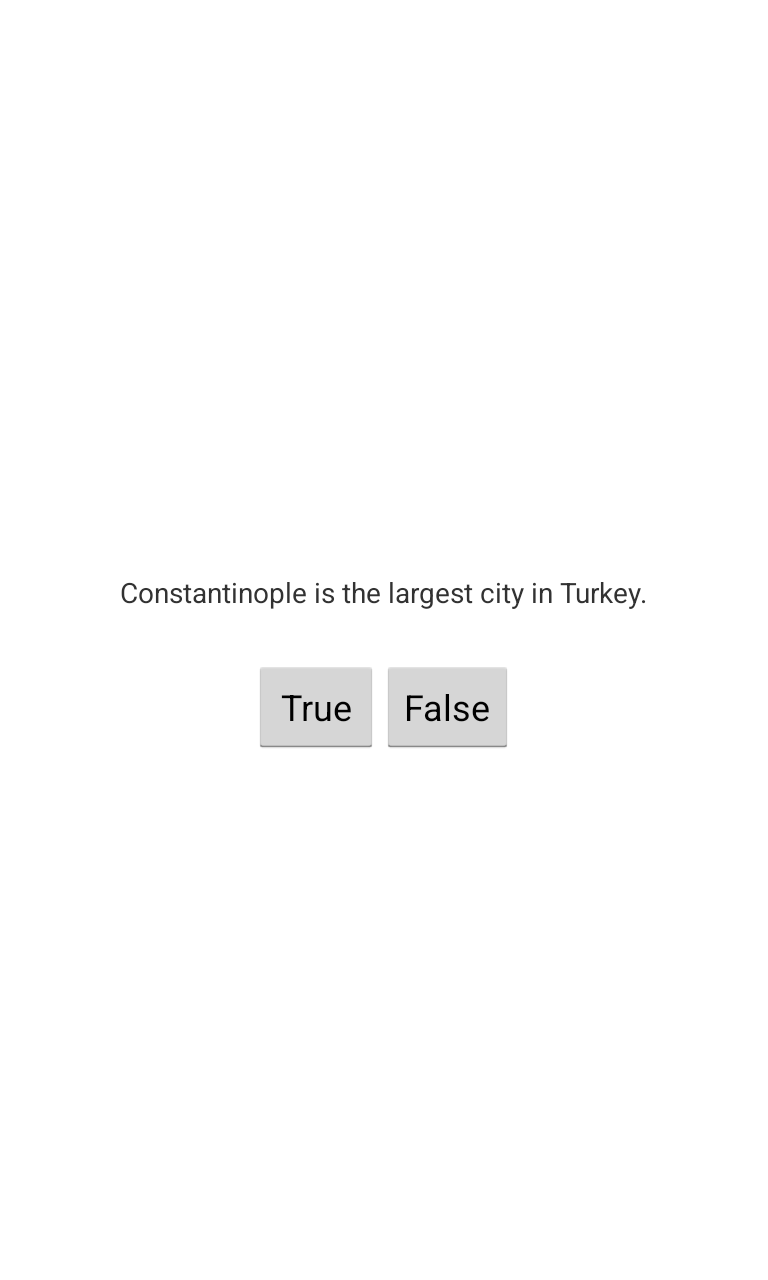
Repository: luanma/AndroidCode
Layout: GeoQuiz/res/layout/activity_quiz.xml
The author's editor kept a copy of each file at every save. The layout is drawn from the files as they stood at one save, then again after the next save.
It is drawn on a 768 x 1280 px phone screen (xhdpi) without system bars, with theme AppTheme; the app's code is not run.

Above is the layout before, as saved 2015-01-19 15:48:37.

After the next save:
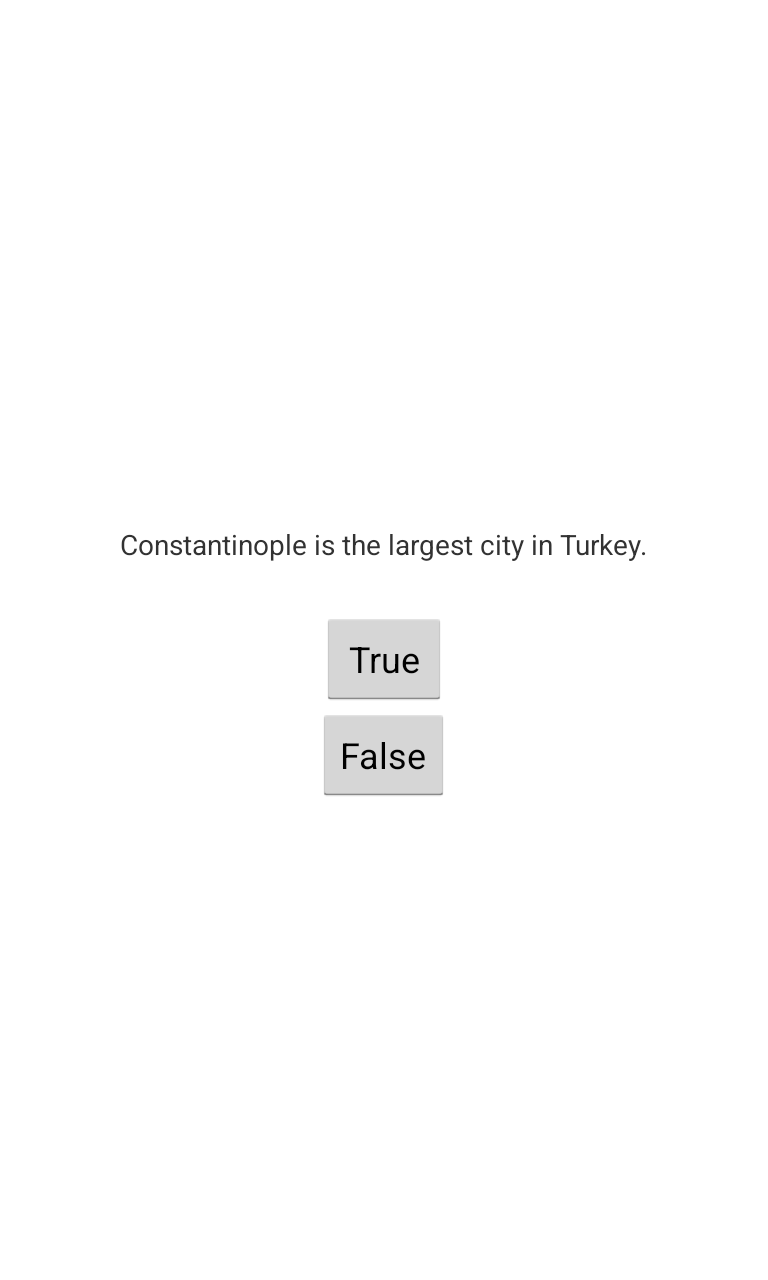
Saved 4 min 11 s later.
--- a/GeoQuiz/res/layout/activity_quiz.xml
+++ b/GeoQuiz/res/layout/activity_quiz.xml
@@ -20,11 +20,11 @@
             android:layout_height="wrap_content"
             android:text="@string/true_button" />
 
+    </LinearLayout>
+
         <Button
             android:id="@+id/false_button"
             android:layout_width="wrap_content"
             android:layout_height="wrap_content"
             android:text="@string/false_button" />
-    </LinearLayout>
-
 </LinearLayout>

After the save that followed:
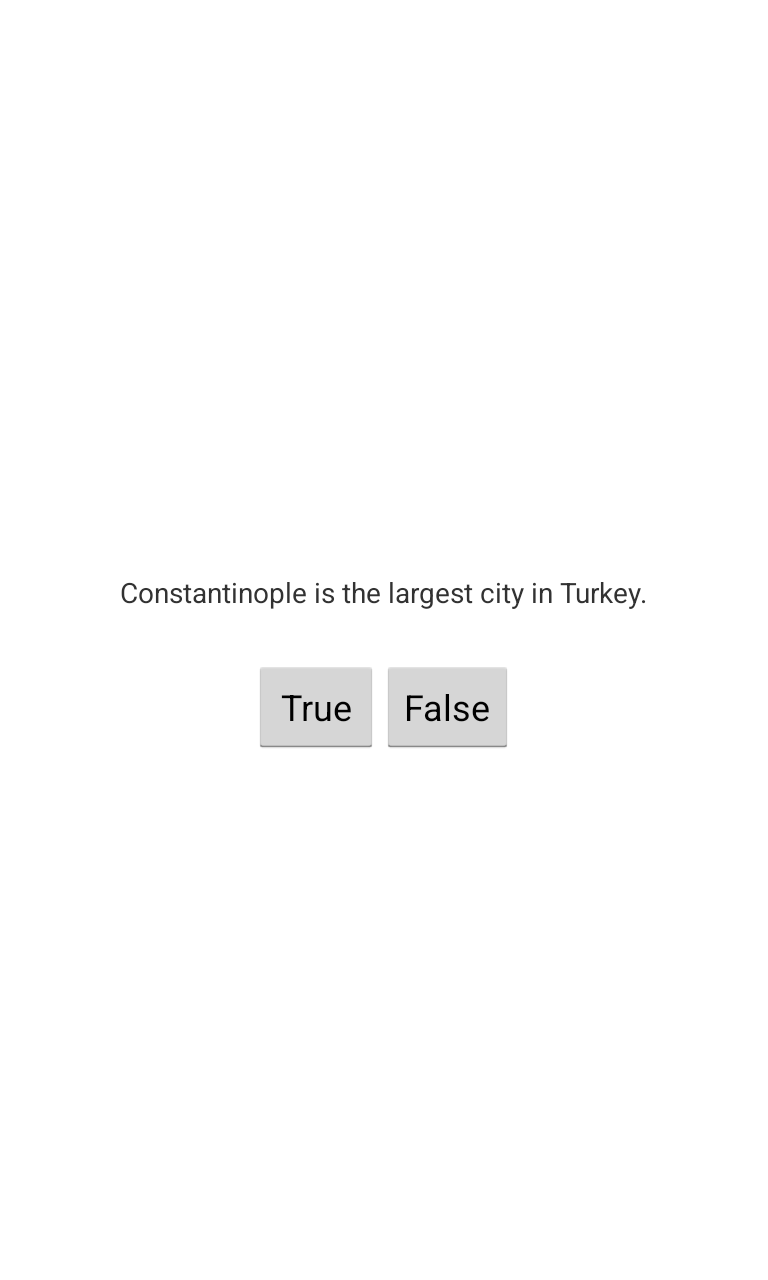
Saved 18 s later.
--- a/GeoQuiz/res/layout/activity_quiz.xml
+++ b/GeoQuiz/res/layout/activity_quiz.xml
@@ -20,11 +20,11 @@
             android:layout_height="wrap_content"
             android:text="@string/true_button" />
 
-    </LinearLayout>
-
         <Button
             android:id="@+id/false_button"
             android:layout_width="wrap_content"
             android:layout_height="wrap_content"
             android:text="@string/false_button" />
+    </LinearLayout>
+
 </LinearLayout>
